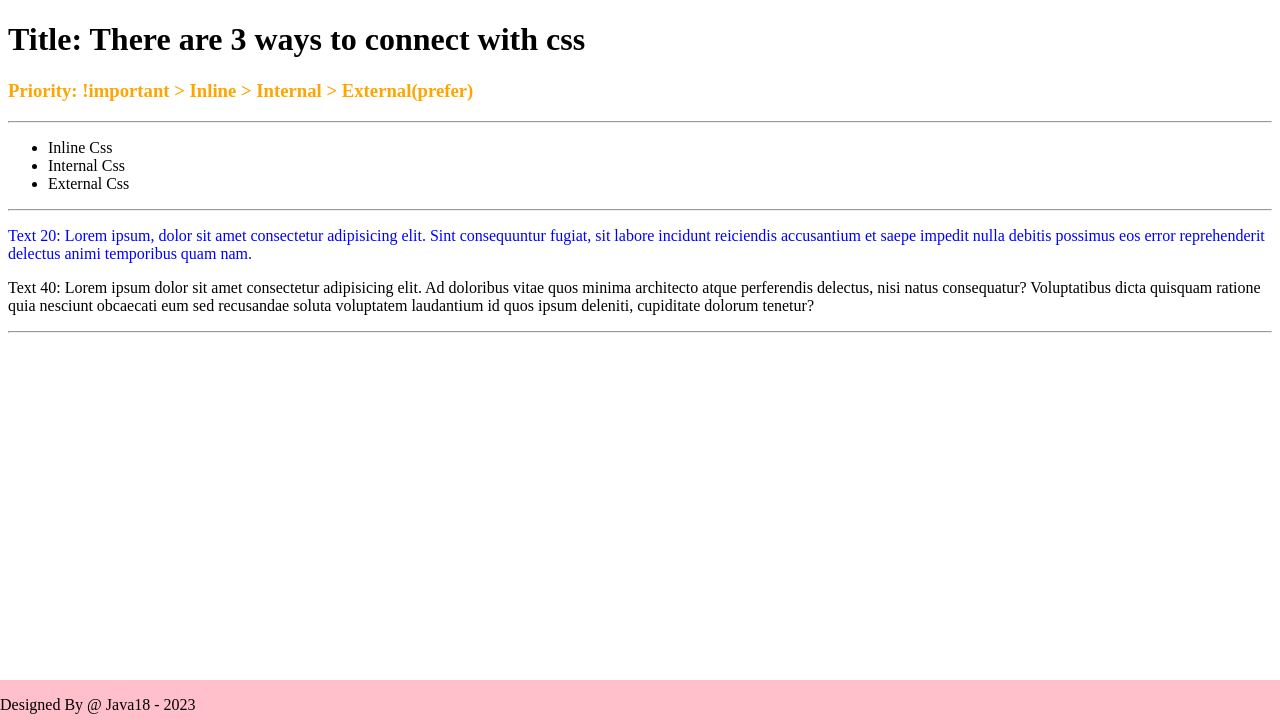
Repository: j4tdn/java18-repository
Page: 2. CSS3/ex02-css-selector-class-id.html
The author's editor kept a copy of each file at every save. The page is drawn from the files as they stood at one save, then again after the next save.
The browser window is 1280 px wide. The pictures show the whole page.

Above is the page before, as saved 2023-10-21 17:57:54.

After the next save:
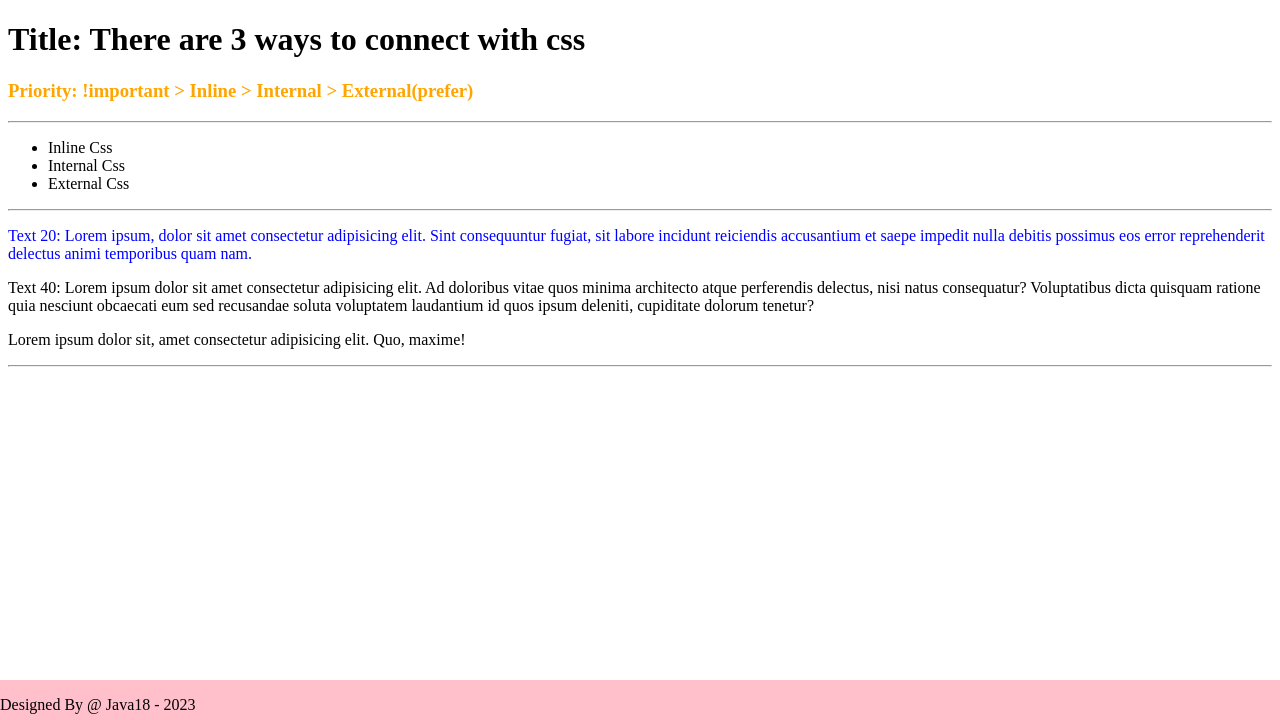
Saved 2 min 0 s later.
--- a/2. CSS3/ex02-css-selector-class-id.html
+++ b/2. CSS3/ex02-css-selector-class-id.html
@@ -40,6 +40,9 @@
       </p>
     </div>
 
+    <p>
+      Lorem ipsum dolor sit, amet consectetur adipisicing elit. Quo, maxime!
+    </p>
     <hr />
 
     <div id="page-footer">
